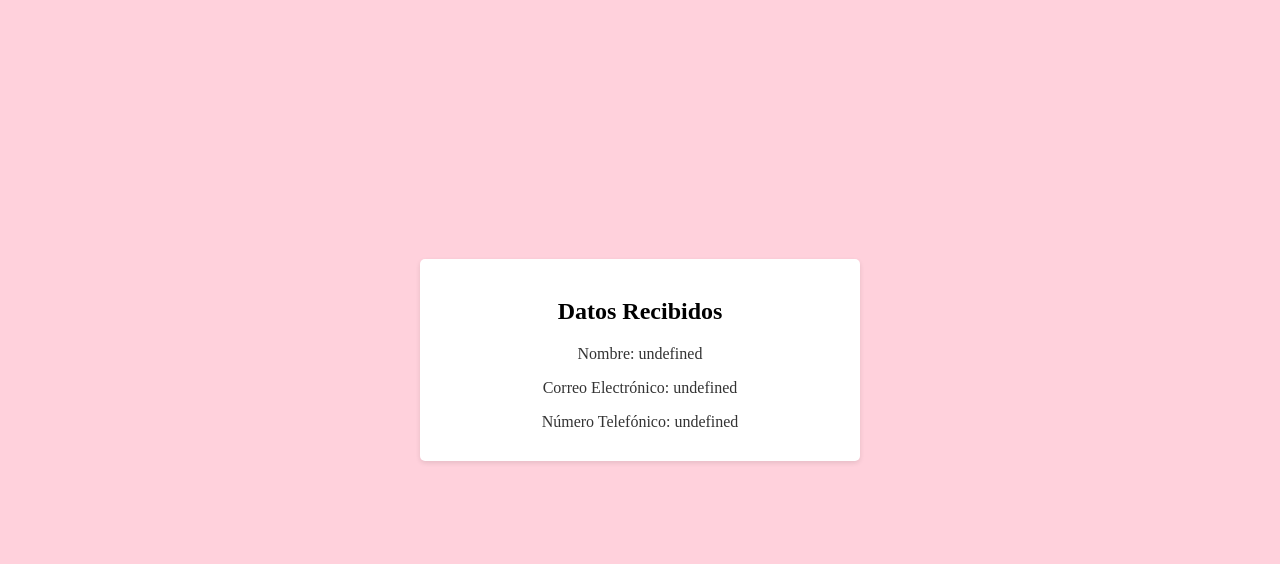
Repository: UVMCoyoacan/InnovaWeb
Page: recibedatosCV.html
The author's editor kept a copy of each file at every save. The page is drawn from the files as they stood at one save, then again after the next save.
The browser window is 1280 px wide. The pictures show the whole page.

Above is the page before, as saved 2024-03-01 11:18:26.

After the next save:
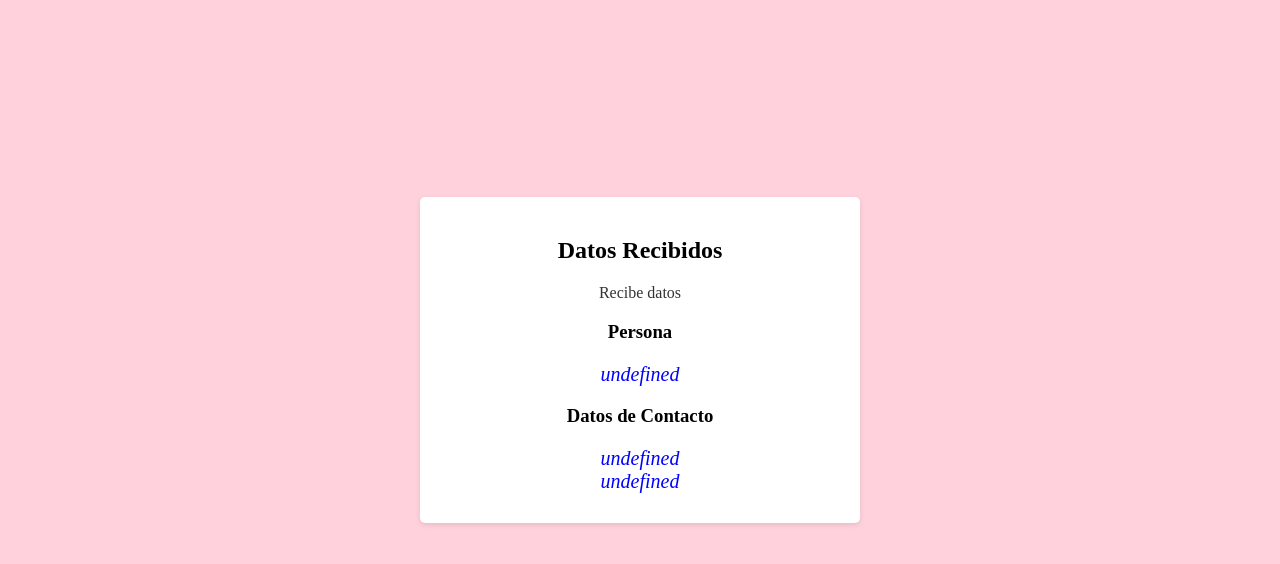
Saved 5 min 7 s later.
--- a/recibedatosCV.html
+++ b/recibedatosCV.html
@@ -34,27 +34,39 @@
 <body>
     <div class="container">
         <h2>Datos Recibidos</h2>
-        <p>Nombre: <span id="nombre"></span></p>
-        <p>Correo Electrónico: <span id="correo"></span></p>
-        <p>Número Telefónico: <span id="telefono"></span></p>
+        <p>Recibe datos</p>
+
+        <h3>Persona</h3>
+        <p id="Persona"></p>
+
+        <h3>Datos de Contacto</h3>
+        <p id="Detalles"></p>
     </div>
 
     <script>
         function getUrlVars() {
             var vars = {};
             var parts = window.location.href.replace(/[?&]+([^=&]+)=([^&]*)/gi, function (m, key, value) {
-                vars[key] = value;
+                if (vars[key]) {
+                    vars[key].push(value);
+                } else {
+                    vars[key] = [value];
+                }
             });
             return vars;
         }
 
         var nombre = getUrlVars()["nombre"];
-        var correo = getUrlVars()["correo"];
         var telefono = getUrlVars()["telefono"];
+        var correo = getUrlVars()["email"]; // Cambiado de "correo" a "email" para que coincida con el formulario
 
-        document.getElementById("nombre").innerText = nombre;
-        document.getElementById("correo").innerText = correo;
-        document.getElementById("telefono").innerText = telefono;
+        var nomper = document.getElementById("Persona");
+        var datPers = document.getElementById("Detalles");
+        nomper.innerHTML = "<i>" + nombre + "</i>";
+        nomper.style = "color: blue; font-size: 20px;";
+        datPers.innerHTML = "<i>" + telefono + "</i>";
+        datPers.style = "color: blue; font-size: 20px;";
+        datPers.innerHTML += "<br><i>" + correo + "</i>";
     </script>
 </body>
 </html>
